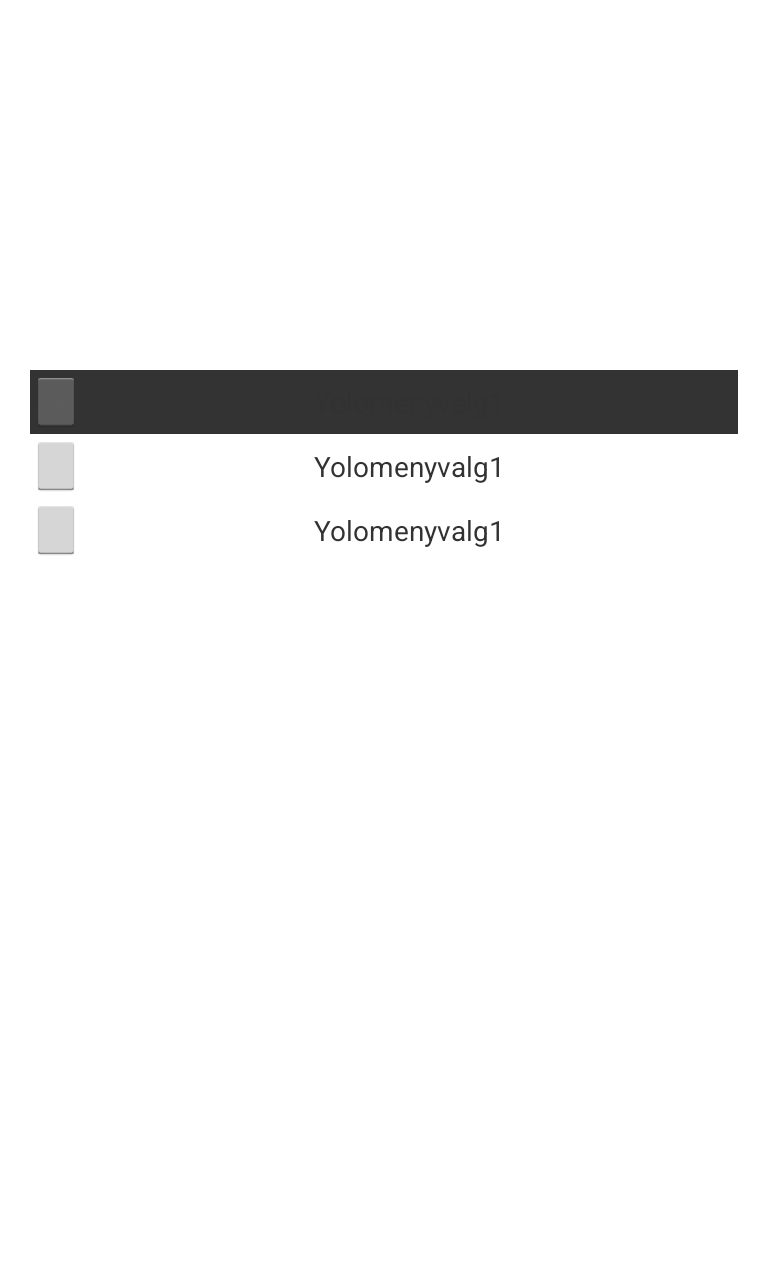
Repository: pumalove/workspace
Layout: MainActivity/res/layout/gridview.xml
An editor plug-in stored every save of this project. The layout is shown before and after the next save, followed by the edit.
It is drawn on a 768 x 1280 px phone screen (xhdpi) without system bars, with theme AppTheme; the app's code is not run. Lists and similar views that code fills are empty.

Above is the layout before, as saved 2014-03-17 11:55:56.

After the next save:
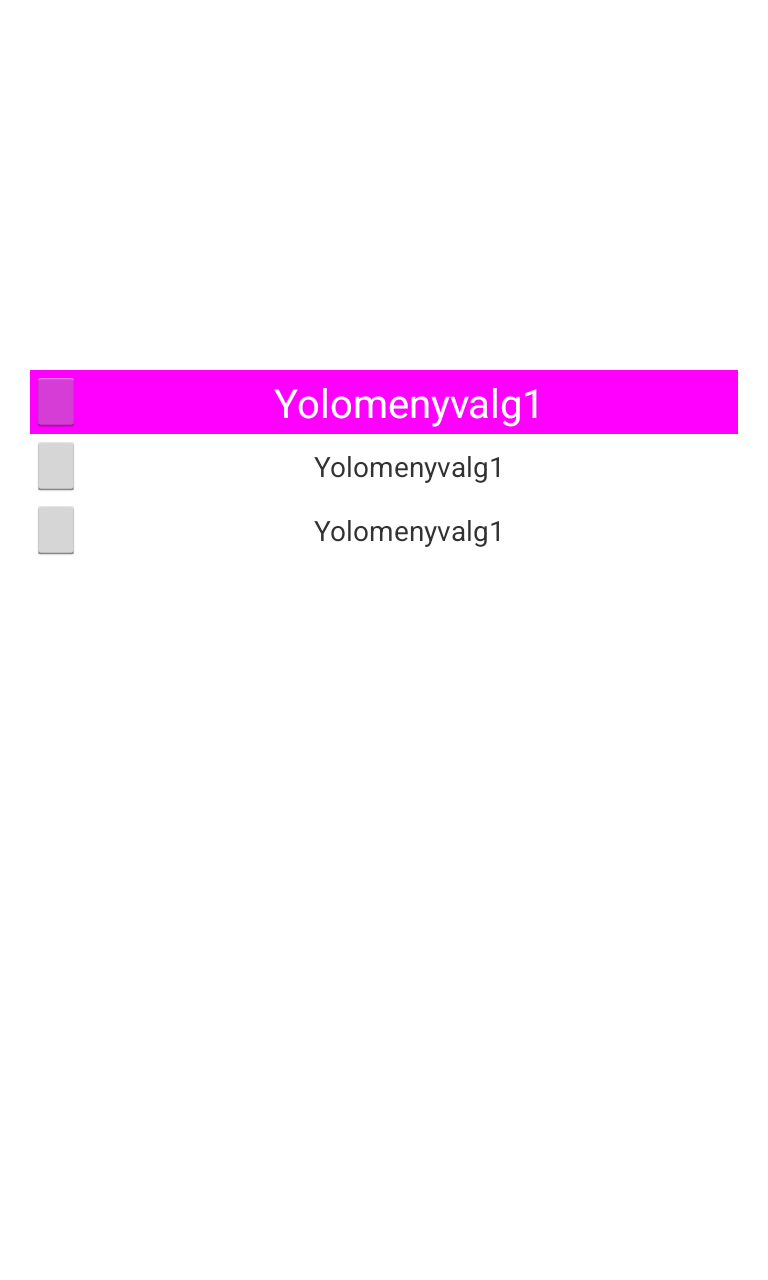
Saved 82 s later.
--- a/MainActivity/res/layout/gridview.xml
+++ b/MainActivity/res/layout/gridview.xml
@@ -38,7 +38,7 @@
             android:layout_height="wrap_content"
             android:orientation="horizontal"
             android:clickable="true"
-            android:background="#333333"
+            android:background="#FF00FF"
             >
 
 
@@ -57,7 +57,9 @@
                 	android:layout_width="wrap_content"
                 	android:layout_height="wrap_content"
                 	android:layout_gravity="center"
-                	android:text="Yolomenyvalg1"/>
+                	android:text="Yolomenyvalg1"
+                	android:textColor="#FFFFFF"
+                	android:textSize="20"/>
 			</LinearLayout>
 		</LinearLayout>
 
